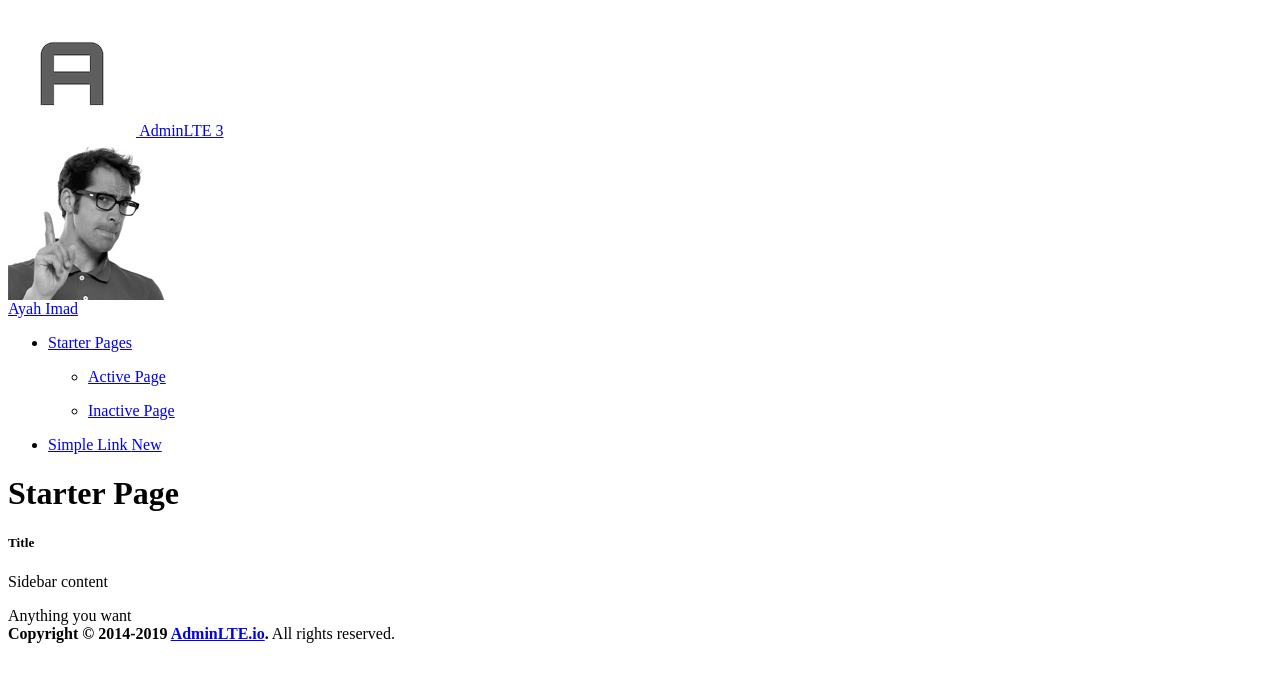
Repository: Abdaljawad-Aya/Django-Exercises
Page: http://localhost/polls/
The author's editor kept a copy of each file at every save. The page is drawn from the files as they stood at one save, then again after the next save.
The browser window is 1280 px wide. The pictures show the whole page.
The page is served by the project's application, run on Django 3.2 (manage.py). Other server files are loaded and not shown.

Above is the page before, as saved 2021-03-10 08:26:52.

### crudDj/DJ/polls/templates/polls/starter.html

<!--
This is a starter template page. Use this page to start your new project from
scratch. This page gets rid of all links and provides the needed markup only.
-->
{% load static %}
{% comment %} <!DOCTYPE html>
<html lang="en">
<head>
  <meta charset="utf-8">
  <meta name="viewport" content="width=device-width, initial-scale=1">
  <meta http-equiv="x-ua-compatible" content="ie=edge">

  <title>AdminLTE 3 | Starter</title>

  <!-- Font Awesome Icons -->
  <link rel="stylesheet" href="{% static 'plugins/fontawesome-free/css/all.min.css' %}">
  <!-- Theme style -->
  <link rel="stylesheet" href="{% static 'dist/css/adminlte.min.css'%}">
  <!-- Google Font: Source Sans Pro -->
  <link href="https://fonts.googleapis.com/css?family=Source+Sans+Pro:300,400,400i,700" rel="stylesheet">
</head>
<body class="hold-transition sidebar-mini"> {% endcomment %}
<div class="wrapper">

  <!-- Navbar -->
  {% comment %} <nav class="main-header navbar navbar-expand navbar-white navbar-light">
    <!-- Left navbar links -->
    <ul class="navbar-nav">
      <li class="nav-item">
        <a class="nav-link" data-widget="pushmenu" href="#" role="button"><i class="fas fa-bars"></i></a>
      </li>
      <li class="nav-item d-none d-sm-inline-block">
        <a href="index3.html" class="nav-link">Home</a>
      </li>
      <li class="nav-item d-none d-sm-inline-block">
        <a href="#" class="nav-link">Contact</a>
      </li>
    </ul> {% endcomment %}

    <!-- SEARCH FORM -->
    {% comment %} <form class="form-inline ml-3">
      <div class="input-group input-group-sm">
        <input class="form-control form-control-navbar" type="search" placeholder="Search" aria-label="Search">
        <div class="input-group-append">
          <button class="btn btn-navbar" type="submit">
            <i class="fas fa-search"></i>
          </button>
        </div>
      </div>
    </form> {% endcomment %}

    <!-- Right navbar links -->
    {% comment %} <ul class="navbar-nav ml-auto">
      <!-- Messages Dropdown Menu -->
      <li class="nav-item dropdown">
        <a class="nav-link" data-toggle="dropdown" href="#">
          <i class="far fa-comments"></i>
          <span class="badge badge-danger navbar-badge">3</span>
        </a>
        <div class="dropdown-menu dropdown-menu-lg dropdown-menu-right">
          <a href="#" class="dropdown-item">
            <!-- Message Start -->
            <div class="media">
              <img src="{% static 'dist/img/user1-128x128.jpg'%}" alt="User Avatar" class="img-size-50 mr-3 img-circle">
              <div class="media-body">
                <h3 class="dropdown-item-title">
                  Brad Diesel
                  <span class="float-right text-sm text-danger"><i class="fas fa-star"></i></span>
                </h3>
                <p class="text-sm">Call me whenever you can...</p>
                <p class="text-sm text-muted"><i class="far fa-clock mr-1"></i> 4 Hours Ago</p>
              </div>
            </div>
            <!-- Message End -->
          </a>
          <div class="dropdown-divider"></div>
          <a href="#" class="dropdown-item">
            <!-- Message Start -->
            <div class="media">
              <img src="{% static 'dist/img/user8-128x128.jpg'%}" alt="User Avatar" class="img-size-50 img-circle mr-3">
              <div class="media-body">
                <h3 class="dropdown-item-title">
                  John Pierce
                  <span class="float-right text-sm text-muted"><i class="fas fa-star"></i></span>
                </h3>
                <p class="text-sm">I got your message bro</p>
                <p class="text-sm text-muted"><i class="far fa-clock mr-1"></i> 4 Hours Ago</p>
              </div>
            </div>
            <!-- Message End -->
          </a>
          <div class="dropdown-divider"></div>
          <a href="#" class="dropdown-item">
            <!-- Message Start -->
            <div class="media">
              <img src="{% static 'dist/img/user3-128x128.jpg'%}" alt="User Avatar" class="img-size-50 img-circle mr-3">
              <div class="media-body">
                <h3 class="dropdown-item-title">
                  Nora Silvester
                  <span class="float-right text-sm text-warning"><i class="fas fa-star"></i></span>
                </h3>
                <p class="text-sm">The subject goes here</p>
                <p class="text-sm text-muted"><i class="far fa-clock mr-1"></i> 4 Hours Ago</p>
              </div>
            </div>
            <!-- Message End -->
          </a>
          <div class="dropdown-divider"></div>
          <a href="#" class="dropdown-item dropdown-footer">See All Messages</a>
        </div>
      </li>
      <!-- Notifications Dropdown Menu -->
      <li class="nav-item dropdown">
        <a class="nav-link" data-toggle="dropdown" href="#">
          <i class="far fa-bell"></i>
          <span class="badge badge-warning navbar-badge">15</span>
        </a>
        <div class="dropdown-menu dropdown-menu-lg dropdown-menu-right">
          <span class="dropdown-header">15 Notifications</span>
          <div class="dropdown-divider"></div>
          <a href="#" class="dropdown-item">
            <i class="fas fa-envelope mr-2"></i> 4 new messages
            <span class="float-right text-muted text-sm">3 mins</span>
          </a>
          <div class="dropdown-divider"></div>
          <a href="#" class="dropdown-item">
            <i class="fas fa-users mr-2"></i> 8 friend requests
            <span class="float-right text-muted text-sm">12 hours</span>
          </a>
          <div class="dropdown-divider"></div>
          <a href="#" class="dropdown-item">
            <i class="fas fa-file mr-2"></i> 3 new reports
            <span class="float-right text-muted text-sm">2 days</span>
          </a>
          <div class="dropdown-divider"></div>
          <a href="#" class="dropdown-item dropdown-footer">See All Notifications</a>
        </div>
      </li>
      <li class="nav-item">
        <a class="nav-link" data-widget="control-sidebar" data-slide="true" href="#" role="button"><i
            class="fas fa-th-large"></i></a>
      </li> {% endcomment %}
    {% comment %} </ul> {% endcomment %}
  {% comment %} </nav> {% endcomment %}
  <!-- /.navbar -->

  <!-- Main Sidebar Container -->
  <aside class="main-sidebar sidebar-dark-primary elevation-4">
    <!-- Brand Logo -->
    <a href="index3.html" class="brand-link">
      <img src="{% static 'dist/img/AdminLTELogo.png'%}" alt="AdminLTE Logo" class="brand-image img-circle elevation-3"
           style="opacity: .8">
      <span class="brand-text font-weight-light">AdminLTE 3</span>
    </a>

    <!-- Sidebar -->
    <div class="sidebar">
      <!-- Sidebar user panel (optional) -->
      <div class="user-panel mt-3 pb-3 mb-3 d-flex">
        <div class="image">
          <img src="{% static 'dist/img/user2-160x160.jpg'%}" class="img-circle elevation-2" alt="User Image">
        </div>
        <div class="info">
          <a href="#" class="d-block">Ayah Imad</a>
        </div>
      </div>

      <!-- Sidebar Menu -->
      <nav class="mt-2">
        <ul class="nav nav-pills nav-sidebar flex-column" data-widget="treeview" role="menu" data-accordion="false">
          <!-- Add icons to the links using the .nav-icon class
               with font-awesome or any other icon font library -->
          <li class="nav-item has-treeview menu-open">
            <a href="#" class="nav-link active">
              <i class="nav-icon fas fa-tachometer-alt"></i>
              <p>
                Starter Pages
                <i class="right fas fa-angle-left"></i>
              </p>
            </a>
            <ul class="nav nav-treeview">
              <li class="nav-item">
                <a href="#" class="nav-link active">
                  <i class="far fa-circle nav-icon"></i>
                  <p>Active Page</p>
                </a>
              </li>
              <li class="nav-item">
                <a href="#" class="nav-link">
                  <i class="far fa-circle nav-icon"></i>
                  <p>Inactive Page</p>
                </a>
              </li>
            </ul>
          </li>
          <li class="nav-item">
            <a href="#" class="nav-link">
              <i class="nav-icon fas fa-th"></i>
              <p>
                Simple Link
                <span class="right badge badge-danger">New</span>
              </p>
            </a>
          </li>
        </ul>
      </nav>
      <!-- /.sidebar-menu -->
    </div>
    <!-- /.sidebar -->
  </aside>

  <!-- Content Wrapper. Contains page content -->
  <div class="content-wrapper">

  <div class="content-header">
                <h1 class="m-0 text-dark">Starter Page</h1>

  </div
    <!-- Content Header (Page header) -->
    {% comment %} <div class="content-header">
      <div class="container-fluid">
        <div class="row mb-2">
          <div class="col-sm-6">
            <h1 class="m-0 text-dark">Starter Page</h1>
          </div><!-- /.col -->
          <div class="col-sm-6">
            <ol class="breadcrumb float-sm-right">
              <li class="breadcrumb-item"><a href="#">Home</a></li>
              <li class="breadcrumb-item active">Starter Page</li>
            </ol>
          </div><!-- /.col -->
        </div><!-- /.row -->
      </div><!-- /.container-fluid --> {% endcomment %}
    </div>
    <!-- /.content-header -->

    <!-- Main content -->
    {% comment %} <div class="content">
      <div class="container-fluid">
        <div class="row">
          <div class="col-lg-6">
            <div class="card">
              <div class="card-body">
                <h5 class="card-title">Card title</h5>

                <p class="card-text">
                  Some quick example text to build on the card title and make up the bulk of the card's
                  content.
                </p>

                <a href="#" class="card-link">Card link</a>
                <a href="#" class="card-link">Another link</a>
              </div>
            </div> {% endcomment %}

            {% comment %} <div class="card card-primary card-outline">
              <div class="card-body">
                <h5 class="card-title">Card title</h5>

                <p class="card-text">
                  Some quick example text to build on the card title and make up the bulk of the card's
                  content.
                </p>
                <a href="#" class="card-link">Card link</a>
                <a href="#" class="card-link">Another link</a>
              </div>
            </div><!-- /.card -->
          </div> {% endcomment %}
          <!-- /.col-md-6 -->
          {% comment %} <div class="col-lg-6">
            <div class="card">
              <div class="card-header">
                <h5 class="m-0">Featured</h5>
              </div>
              <div class="card-body">
                <h6 class="card-title">Special title treatment</h6>

                <p class="card-text">With supporting text below as a natural lead-in to additional content.</p>
                <a href="#" class="btn btn-primary">Go somewhere</a>
              </div>
            </div> {% endcomment %}

            {% comment %} <div class="card card-primary card-outline">
              <div class="card-header">
                <h5 class="m-0">Featured</h5>
              </div>
              <div class="card-body">
                <h6 class="card-title">Special title treatment</h6>

                <p class="card-text">With supporting text below as a natural lead-in to additional content.</p>
                <a href="#" class="btn btn-primary">Go somewhere</a>
              </div> {% endcomment %}
            </div>
          </div>
          <!-- /.col-md-6 -->
        </div>
        <!-- /.row -->
      </div><!-- /.container-fluid -->
    </div>
    <!-- /.content -->
  </div>
  <!-- /.content-wrapper -->

  <!-- Control Sidebar -->
  <aside class="control-sidebar control-sidebar-dark">
    <!-- Control sidebar content goes here -->
    <div class="p-3">
      <h5>Title</h5>
      <p>Sidebar content</p>
    </div>
  </aside>
  <!-- /.control-sidebar -->

  <!-- Main Footer -->
  <footer class="main-footer">
    <!-- To the right -->
    <div class="float-right d-none d-sm-inline">
      Anything you want
    </div>
    <!-- Default to the left -->
    <strong>Copyright &copy; 2014-2019 <a href="https://adminlte.io">AdminLTE.io</a>.</strong> All rights reserved.
  </footer>
</div>
<!-- ./wrapper -->

<!-- REQUIRED SCRIPTS -->

<!-- jQuery -->
{% comment %} <script src="{% static 'plugins/jquery/jquery.min.js'%}"></script>
<!-- Bootstrap 4 -->
<script src="{% static 'plugins/bootstrap/js/bootstrap.bundle.min.js'%}"></script>
<!-- AdminLTE App -->
<script src="{% static 'dist/js/adminlte.min.js'%}"></script> {% endcomment %}
</body>
</html>

### crudDj/DJ/polls/views.py
from django.shortcuts import render , HttpResponseRedirect
from django.http import HttpResponse
from .forms  import DjCrud
from .models import User
# Create your views here.
def index(request):
  return render(request, 'polls/starter.html')

#adding and retrieving data

def add_show(request):
  if request.method == 'POST':
    fm = DjCrud(request.POST)
    if fm.is_valid():
      nm = fm.cleaned_data['name']
      em = fm.cleaned_data['email']
      pw = fm.cleaned_data['password']
      reg= User(name=nm, email=em, password=pw)
      reg.save()
      fm = DjCrud()
  else:
      fm = DjCrud()
      Dj = User.objects.all()
      return render(request, 'polls/add.html', {'form':fm})

 #edit and update function

def update_data(request,id):
    if request.method == 'POST':
        pi = User.objects.get(pk=id)
        fm = DjCrud(request.POST, instance=pi)
        if fm.is_valid():
            fm.save()
    else:
        pi = User.objects.get(pk=id)
        fm = DjCrud(instance=pi)
    return render(request,'polls/update.html', {'form':fm})

 #delete function

def delete_data(request,id):
    if request.method == 'POST':
        pi = User.objects.get(pk=id)
        pi.delete()
    return HttpResponseRedirect('/')

### crudDj/DJ/DJ/urls.py
"""DJ URL Configuration

The `urlpatterns` list routes URLs to views. For more information please see:
    https://docs.djangoproject.com/en/3.1/topics/http/urls/
Examples:
Function views
    1. Add an import:  from my_app import views
    2. Add a URL to urlpatterns:  path('', views.home, name='home')
Class-based views
    1. Add an import:  from other_app.views import Home
    2. Add a URL to urlpatterns:  path('', Home.as_view(), name='home')
Including another URLconf
    1. Import the include() function: from django.urls import include, path
    2. Add a URL to urlpatterns:  path('blog/', include('blog.urls'))
"""
from django.contrib import admin
from django.urls import path , include
from polls import views
urlpatterns = [
    path('admin/', admin.site.urls),
    path('',views.add_show, name="add"),
    path('delete/<int:id>/',views.delete_data, name="deleteadd"),
    path('<int:id>/',views.update_data, name="updateadd"),
    path('polls/', include('polls.urls')),
]

### crudDj/DJ/polls/urls.py
from django.urls import path
from polls import views

urlpatterns = [
    path ('' , views.index, name="index")
]

After the next save:
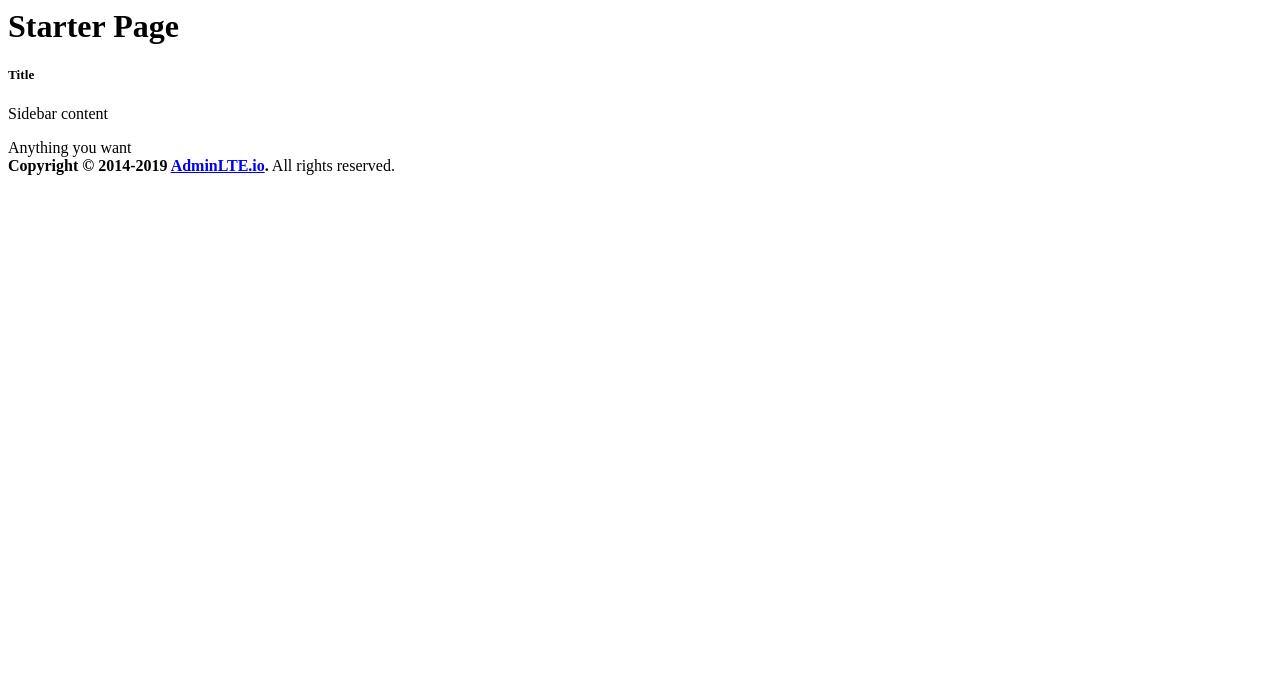
Saved 21 s later.
--- a/crudDj/DJ/polls/templates/polls/starter.html
+++ b/crudDj/DJ/polls/templates/polls/starter.html
@@ -146,7 +146,7 @@
   <!-- /.navbar -->
 
   <!-- Main Sidebar Container -->
-  <aside class="main-sidebar sidebar-dark-primary elevation-4">
+  {% comment %} <aside class="main-sidebar sidebar-dark-primary elevation-4">
     <!-- Brand Logo -->
     <a href="index3.html" class="brand-link">
       <img src="{% static 'dist/img/AdminLTELogo.png'%}" alt="AdminLTE Logo" class="brand-image img-circle elevation-3"
@@ -208,7 +208,7 @@
       <!-- /.sidebar-menu -->
     </div>
     <!-- /.sidebar -->
-  </aside>
+  </aside> {% endcomment %}
 
   <!-- Content Wrapper. Contains page content -->
   <div class="content-wrapper">
